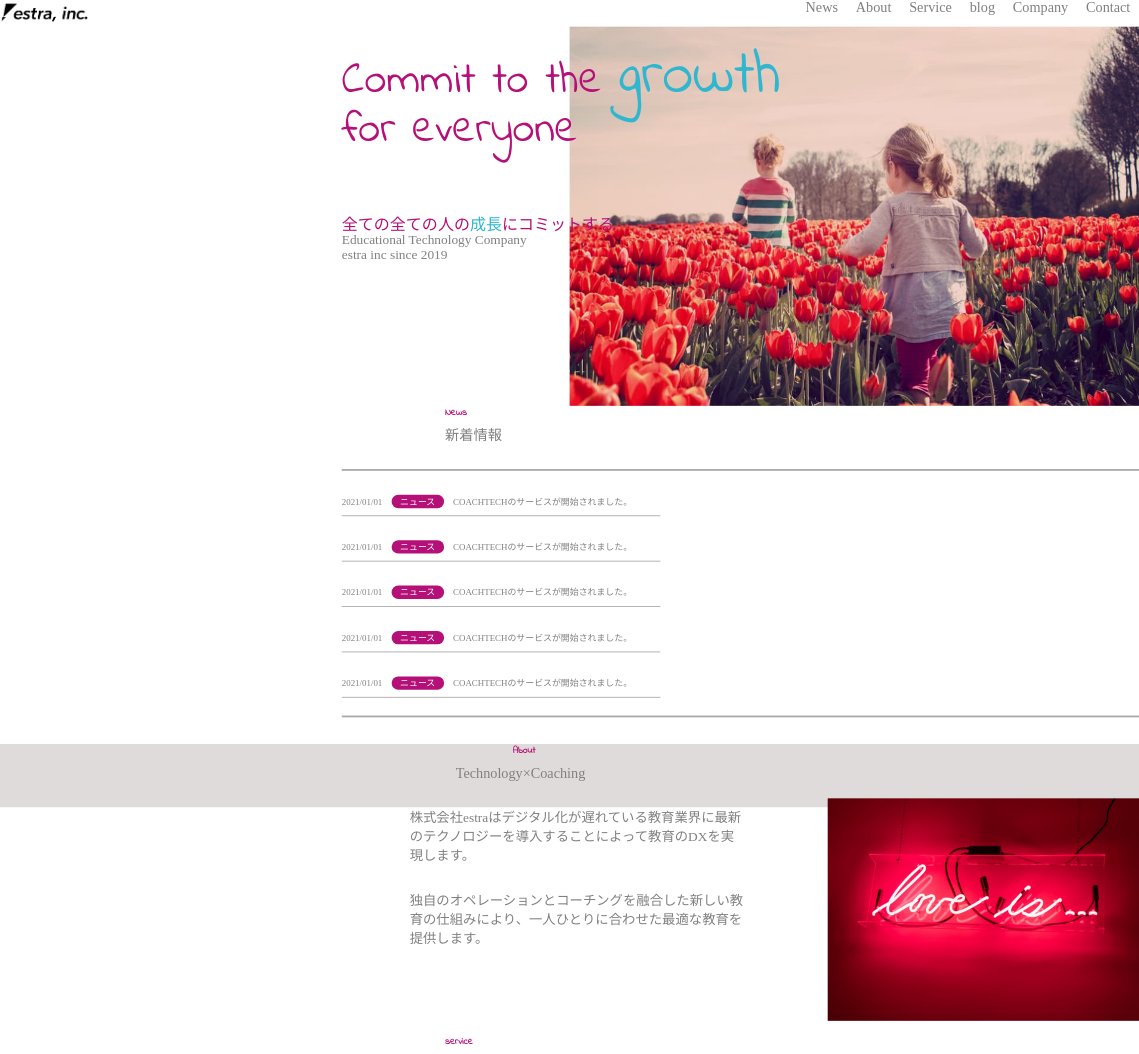
Repository: sigemasaasuka/20210902
Page: index.html
The author's editor kept a copy of each file at every save. The page is drawn from the files as they stood at one save, then again after the next save.
The browser window is 1280 px wide. The pictures show the part of the page from y = 0 to 1184 px (the page is 1544 px tall before and 1547 px after), at 89% of full size.
A picture or video elsewhere on the page could not be fetched, so the positions and the page height are approximate.

Above is the page before, as saved 2021-09-25 20:39:28.

After the next save:
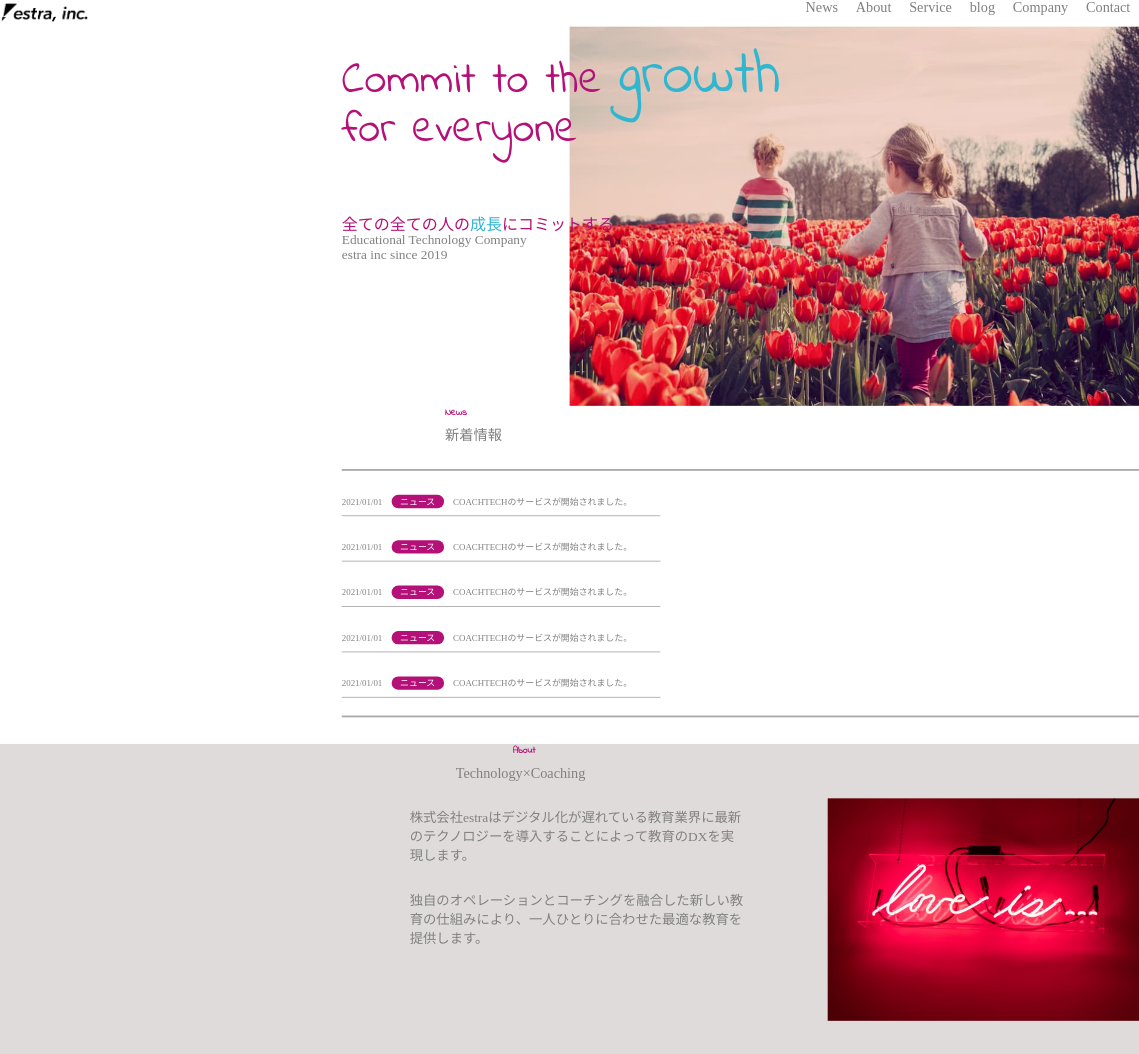
Saved 5 min 55 s later.
--- a/css/style.css
+++ b/css/style.css
@@ -117,6 +117,7 @@
 }
 
 .colored {
+  height: 350px;
   background-color: rgb(224, 219, 219);
   margin-top: 30px;
 }
@@ -156,7 +157,7 @@
   color: #b41078;
   font-family: "Indie Flower", cursive;
   margin-left: 500px;
-  margin-top: 20%;
+  margin-top: 30px;
 }
 
 .list-3 {
@@ -164,3 +165,17 @@
   margin-left: 500px;
   margin-top: 10px;
 }
+
+.service__img {
+  width: 350px;
+  height: 250px;
+}
+
+.title {
+  color: #fff;
+}
+
+.photo {
+  font-size: 15px;
+  color: #fff;
+}
